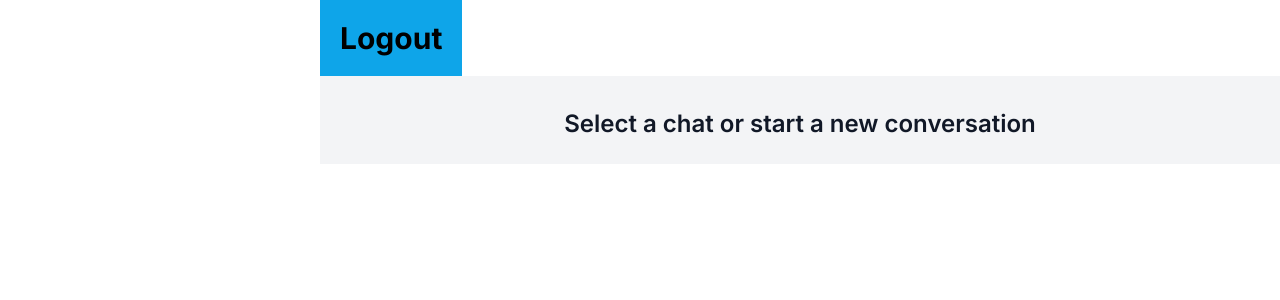
Repository: kushagrasaxena061/messenger-fullstack
Page: /users
The author's editor kept a copy of each file at every save. The page is drawn from the files as they stood at one save, then again after the next save.
The browser window is 1280 px wide. The pictures show the whole page.
The project was rebuilt for these pictures with package versions that can differ from the ones it lists, and the page was loaded fresh each time. The framework's server and built-in components were replaced by stand-ins that run in the browser. Also part of the build but not shown: next.config.js.

Above is the page before, as saved 2023-05-11 20:52:56.

After the next save:
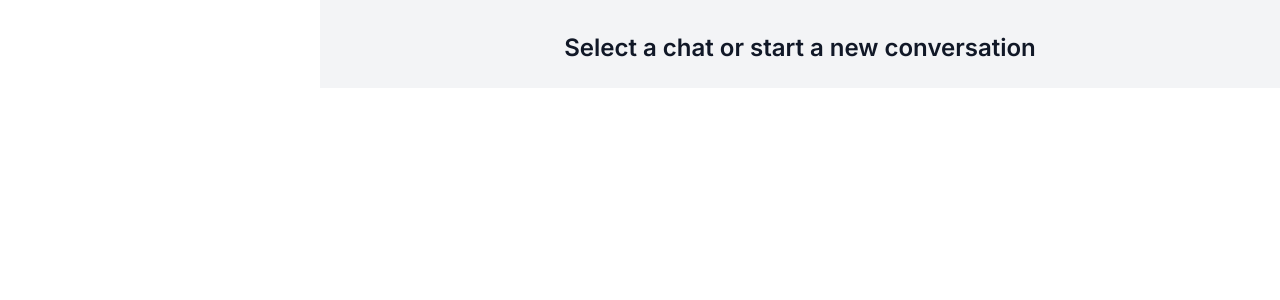
Saved 2 min 28 s later.
--- a/app/users/page.tsx
+++ b/app/users/page.tsx
@@ -1,12 +1,10 @@
 import EmptyState from '../components/EmptyState';
-import { signOut } from 'next-auth/react';
 
 
 const People = () => {
   return (
     <div>
       <div className="hidden lg:block lg:pl-80 h-full">
-        <button onClick={() => signOut()} className='p-5 text-3xl bg-sky-500 tett-white font-bold'>Logout</button>
         <EmptyState />
       </div>
     </div>
